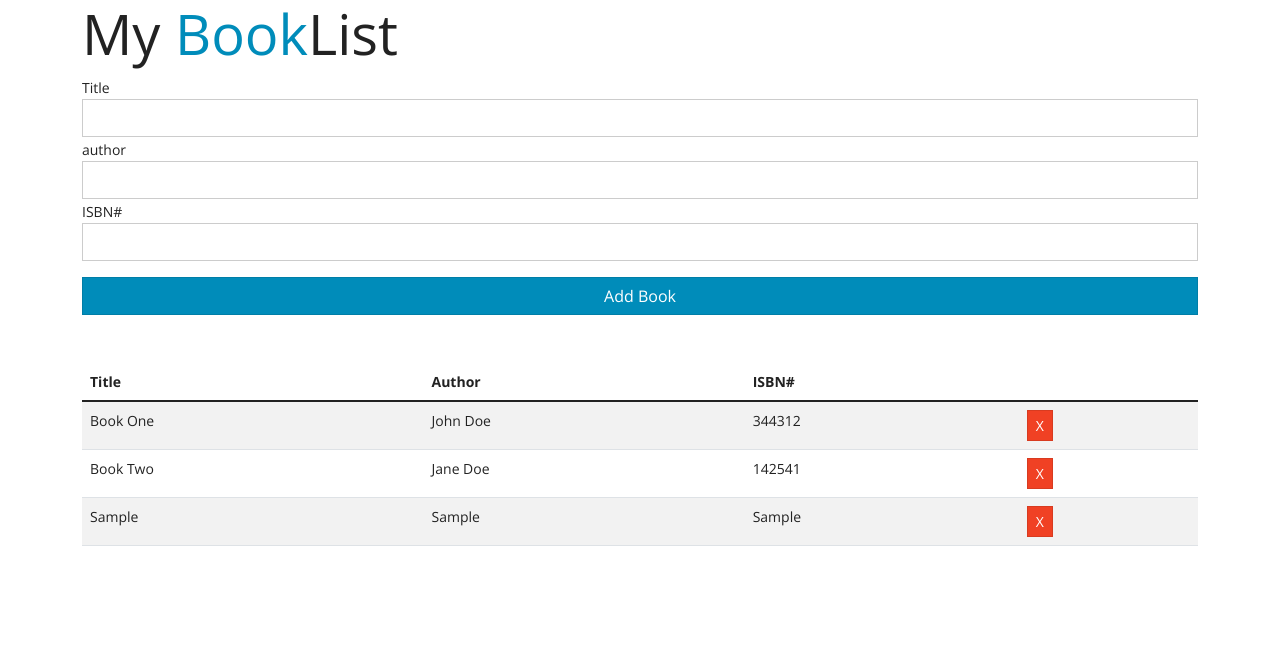
Repository: Fauzaanmhmd/vanillaBookList
Page: index.html
These files come from the project's save history. The page is drawn as it stood at one moment and after the next save; the edit follows.
The browser window is 1280 px wide. The pictures show the whole page.
Empty fields were first filled with sample values (such as "Sample", 5 or name@example.com).
After loading, the first visible `#book-form` was submitted once.

Above is the page before, as saved 2022-02-16 07:19:07.

### index.html
<!DOCTYPE html>
<html lang="en">

<head>
    <meta charset="UTF-8">
    <meta http-equiv="X-UA-Compatible" content="IE=edge">
    <meta name="viewport" content="width=device-width, initial-scale=1.0">
    <link rel="stylesheet" type="text/css" href="bootstrap.min.css">
    <title>My BookList App</title>
</head>

<body>
    <div class="container">
        <h1 class="display-4">My <span class="text-primary">Book</span>List</h1>
        <form action="" id="book-form">
            <div class="form-group">
                <label for="title">Title</label>
                <input type="text" id="title" class="form-control">
            </div>
            <div class="form-group">
                <label for="author">author</label>
                <input type="text" id="author" class="form-control">
            </div>
            <div class="form-group">
                <label for="isbn">ISBN#</label>
                <input type="text" id="isbn" class="form-control">
            </div>
            <input type="submit" value="Add Book" class="btn btn-primary col-12 mt-3">
        </form>
        <table class="table table-striped mt-5">
            <thead>
                <tr>
                    <th>Title</th>
                    <th>Author</th>
                    <th>ISBN#</th>
                </tr>
            </thead>
            <tbody id="book-list"></tbody>
        </table>
    </div>
    <script src="main.js"></script>
</body>

</html>

### main.js
// Book Class: Represents a Book

class Book {
    constructor(title, author, isbn) {
        this.title = title;
        this.author = author;
        this.isbn = isbn;
    }
}

// UI Class: Handle UI Tasks

class UI {
    static displayBooks() {
        const StoredBooks = [
            {
                title: 'Book One',
                author: 'John Doe',
                isbn: '344312'
            },
            {
                title: 'Book Two',
                author: 'Jane Doe',
                isbn: '142541'
            }
        ];

        const books = StoredBooks;

        books.forEach((book) => UI.addBookToList(book));
    }

    static addBookToList(book) {
        const list = document.querySelector('#book-list');

        const row = document.createElement('tr');

        row.innerHTML = `
        <td>${book.title}</td>
        <td>${book.author}</td>
        <td>${book.isbn}</td>
        <td><a href="#" class="btn btn-danger btn-sm delete">X</a></td>
        `;

        list.appendChild(row);
    }

    static deleteBook(el) {
        if (el.classList.contains('delete')) {
            el.parentElement.parentElement.remove();
        }
    }

    static showAlert(message, className) {
        const div = document.createElement('div');
        div.className = `alert alert-${className}`;
        div.appendChild(document.createTextNode(message));
        const container = document.querySelector('.container');
        const form = document.querySelector('#book-form');
        container.insertBefore(div, form);

        // Vanish in 3 seconds
        setTimeout(() => document.querySelector('.alert').remove(), 3000);
    }

    static clearFields() {
        document.querySelector('#title').value = '';
        document.querySelector('#author').value = '';
        document.querySelector('#isbn').value = '';
    }
}

// Store Class: Handle Storage

// Event: Display Books
document.addEventListener('DOMContentLoaded', UI.displayBooks);

// Event: Add a Book
document.querySelector('#book-form').addEventListener('submit', (e) => {
    // prevent actual submit
    e.preventDefault();

    // Get form values
    const title = document.querySelector('#title').value;
    const author = document.querySelector('#author').value;
    const isbn = document.querySelector('#isbn').value;

    // Validate
    if (title === '' || author === '' || isbn === '') {
        UI.showAlert('Please fill in all fields', 'success');
    } else {
        // Instatiate Book
        const book = new Book(title, author, isbn);

        // Add Book to UI
        UI.addBookToList(book);

        // Clear Fields
        UI.clearFields();
    }
});

// Event: Remove a Book
document.querySelector('#book-list').addEventListener('click', (e) => {
    UI.deleteBook(e.target)
});

Loaded but not shown: bootstrap.min.css (library)

After the next save:
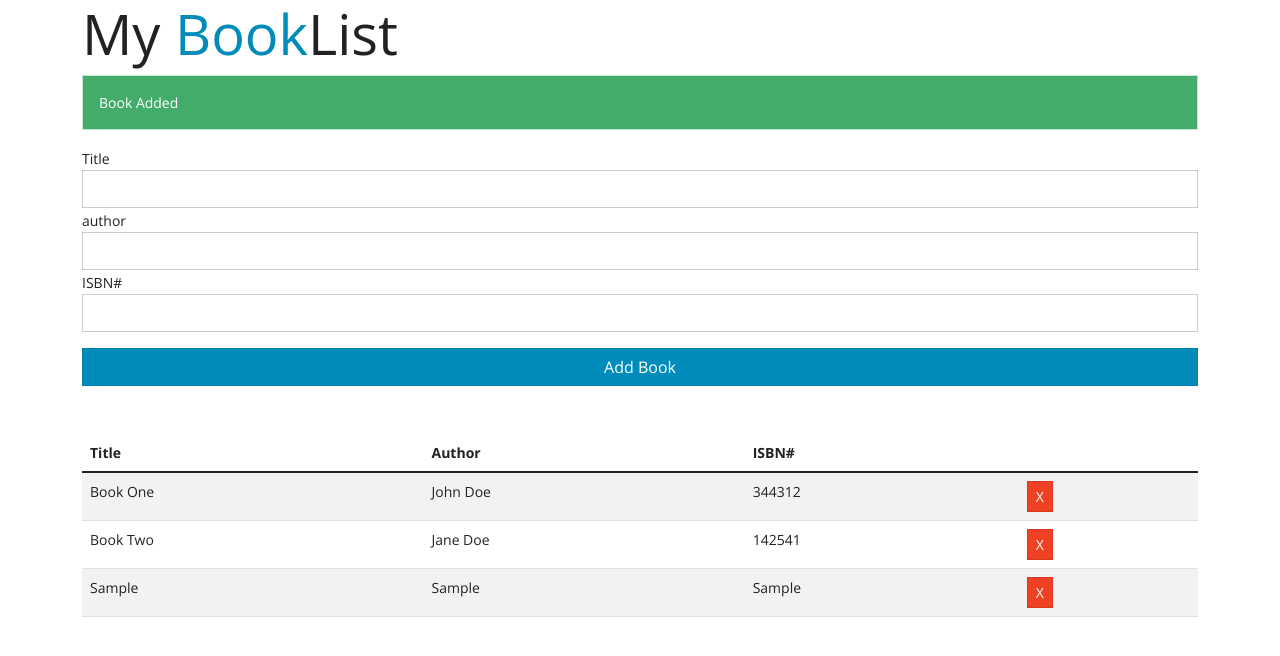
Saved 3 min 45 s later.
--- a/main.js
+++ b/main.js
@@ -95,6 +95,9 @@ document.querySelector('#book-form').addEventListener('submit', (e) => {
         // Add Book to UI
         UI.addBookToList(book);
 
+        // Show success message
+        UI.showAlert('Book Added', 'success');
+
         // Clear Fields
         UI.clearFields();
     }
